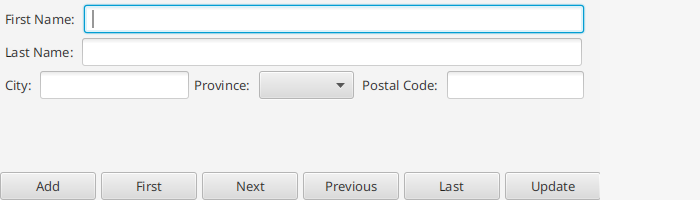
Repository: Mselenko/Java
Program's window: java w_5/JavaFx/src/task_2/AddressBook.java
An editor plug-in stored every save of this project. The program's window is shown before and after the next save, followed by the edit.
It runs on Java 21 on a 1366 x 768 screen with JavaFX 11; the title bar is not drawn.

Above is the program's window before, as saved 2019-06-22 00:33:42.

### w_5/JavaFx/src/task_2/AddressBook.java
package task_2;

import javafx.application.Application;
import javafx.geometry.Insets;
import javafx.geometry.Pos;
import javafx.scene.Scene;
import javafx.scene.control.Button;
import javafx.scene.control.Label;
import javafx.scene.control.TextField;
import javafx.stage.Stage;
import javafx.scene.layout.BorderPane;
import javafx.scene.layout.FlowPane;
import javafx.scene.layout.HBox;
import javafx.scene.control.ComboBox;


public class AddressBook extends Application {

	// AddressPanel class
	//*************************************************************************
	class AddressPanel extends BorderPane {

		//defining all necessary Textfields and buttons
		TextField FirstName = new TextField();
		TextField LastName = new TextField();
		TextField City = new TextField();
		ComboBox<String>  Province = new ComboBox();
		TextField Postal_Code = new TextField();
		TextField Result=new TextField();
		Button addBtn = new Button("Add");
		Button firstBtn = new Button("First");
		Button nextBtn = new Button("Next");
		Button previousBtn = new Button("Previous");
		Button lastBtn = new Button("Last");
		Button updateBtn = new Button("Update");
		FlowPane InfoPanel = new FlowPane(5, 5);
		HBox ButtonPanel = new HBox(5);

	// default constructor to set up all form fields
	//**********************************************************************
	public AddressPanel() {
		// set the length of the fields
		FirstName.setPrefColumnCount(40);
		LastName.setPrefColumnCount(40);
		City.setPrefColumnCount(11);
		Province.getItems().add("Ontario");
		Postal_Code.setPrefColumnCount(10);

		// add the textfields and buttons to the FlowPane
		InfoPanel.setPadding(new Insets(5));
		InfoPanel.getChildren().addAll(
									new Label("First Name: "), FirstName,
									new Label("Last Name: "), LastName,
									new Label("City: "), City,
									new Label("Province: "), Province,
									new Label(" Postal Code: "), Postal_Code);

		// set the width of the buttons
		addBtn.setPrefWidth(100);
		firstBtn.setPrefWidth(100);
		nextBtn.setPrefWidth(100);
		previousBtn.setPrefWidth(100);
		lastBtn.setPrefWidth(100);
		updateBtn.setPrefWidth(100);


		// add buttons to the HBox - horizontal button, and adjust alignment position to center
		ButtonPanel.getChildren().addAll(addBtn, firstBtn,nextBtn,previousBtn, lastBtn, updateBtn);
		ButtonPanel.setAlignment(Pos.CENTER);

        // adjust the alignments, set FlowPane to the center and buttons HBox at the bottom
		setCenter(InfoPanel);
		setBottom(ButtonPanel);

	}
}

	AddressPanel panel = new AddressPanel();

	public void start(Stage MainStage) {

		Scene scene = new Scene(panel, 600, 200);
		MainStage.setTitle("Address Book");
		MainStage.setScene(scene);
		MainStage.show();
	}

	// main method
	//**************************************************************
	public static void main(String [] args) {
		launch(args);
	}

	// end scope of the TesterClass
}

After the next save:
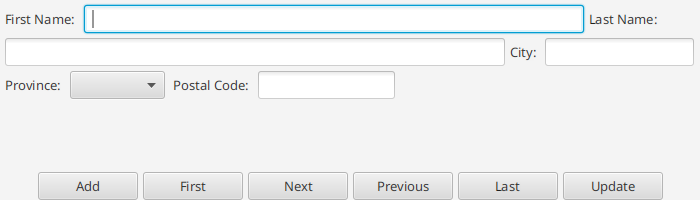
Saved 9 s later.
--- a/w_5/JavaFx/src/task_2/AddressBook.java
+++ b/w_5/JavaFx/src/task_2/AddressBook.java
@@ -79,7 +79,7 @@
 
 	public void start(Stage MainStage) {
 
-		Scene scene = new Scene(panel, 600, 200);
+		Scene scene = new Scene(panel, 700, 200);
 		MainStage.setTitle("Address Book");
 		MainStage.setScene(scene);
 		MainStage.show();
